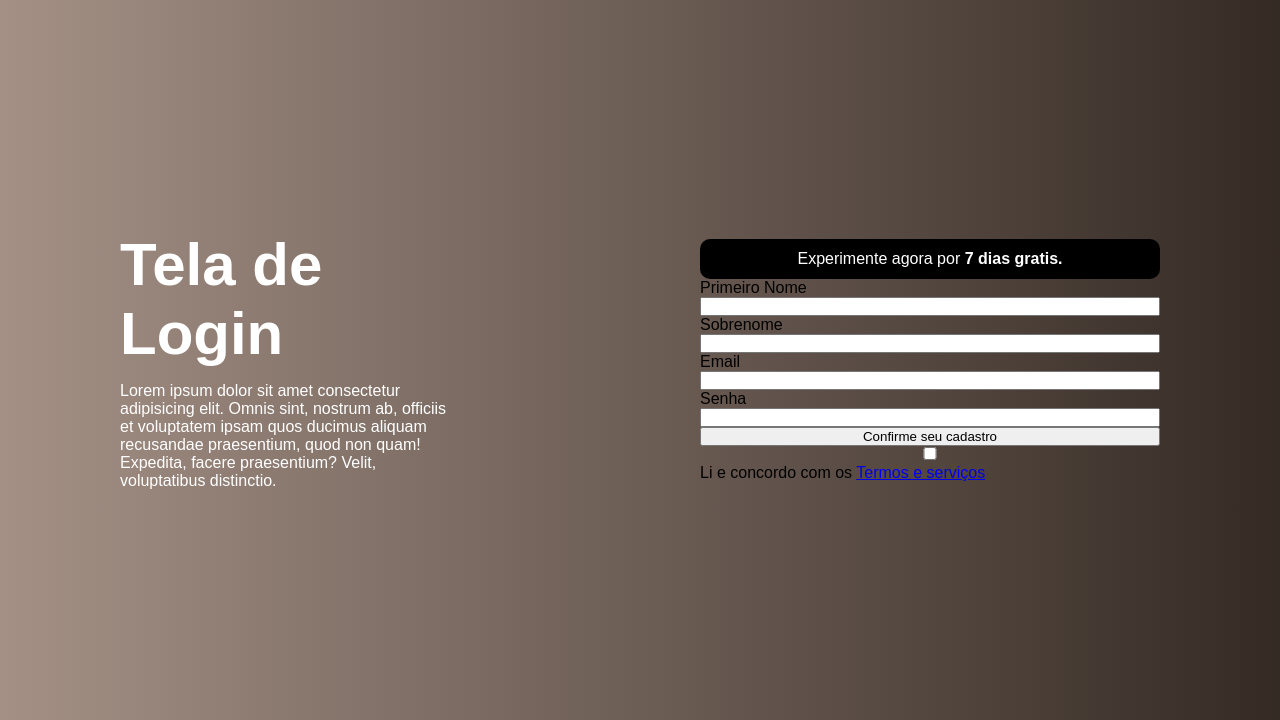
Repository: analessp/tela-login
Page: index.html
These files come from the project's save history. The page is drawn as it stood at one moment and after a run of saves; the edit follows.
The browser window is 1280 px wide. The pictures show the whole page.
Some web fonts or font styles are not loaded; a fallback is used.

Above is the page before, as saved 2025-04-16 09:00:36.

After the next 3 saves:
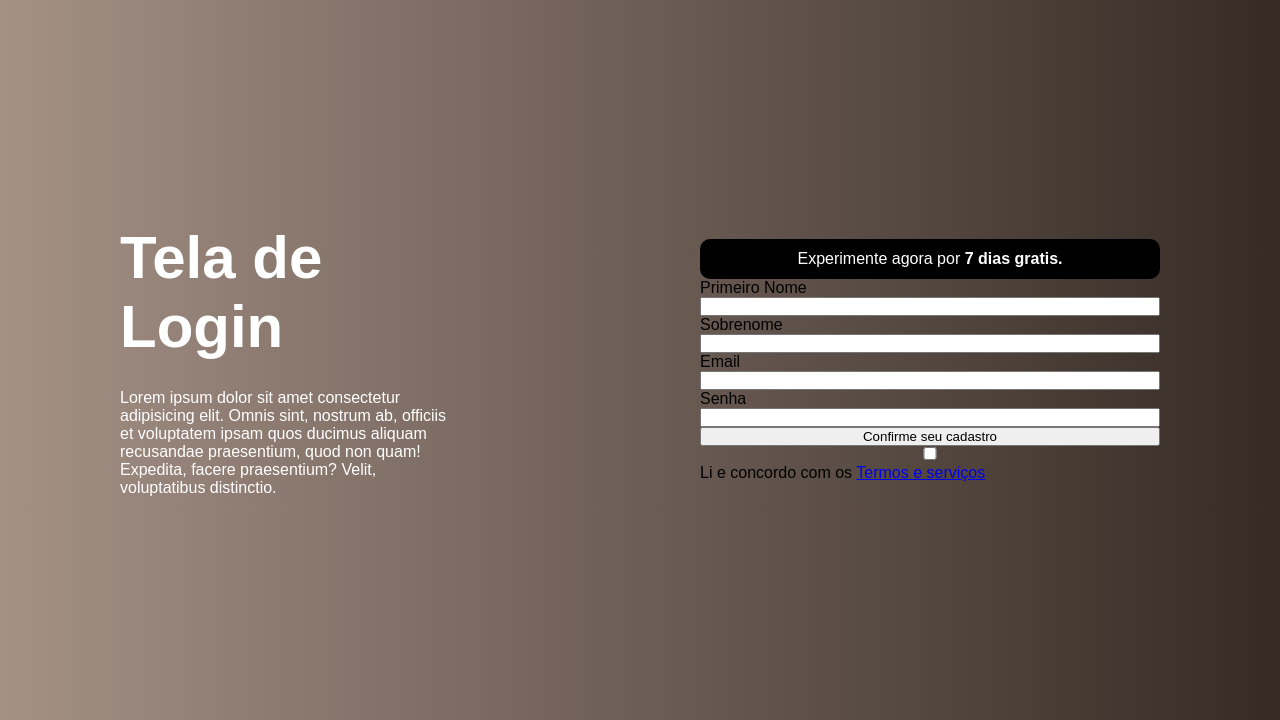
The 3 saves are shown as one change because they came seconds apart.
The last was saved 7 s later.
--- a/style.css
+++ b/style.css
@@ -41,7 +41,14 @@
 .container-left h1 {
     font-size: 60px;
 
-    &::after
+    &::after{
+        content: "";
+        display: block;
+        width: 100%;
+        height: 4px;
+        background-color: #333(109, 109, 235);
+        margin-top: 10px;
+    }
 }
 
 .container-right {

After the 2 saves that followed:
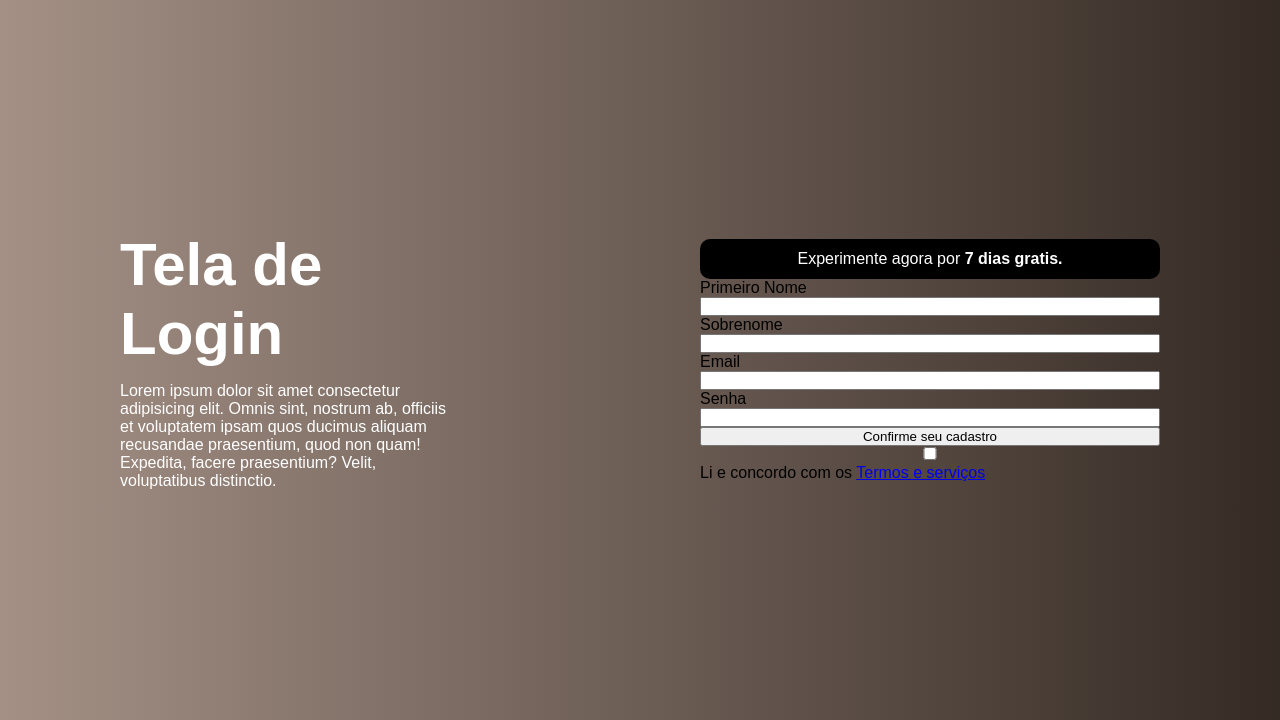
The 2 saves are shown as one change because they came seconds apart.
The last was saved 14 s later.
--- a/style.css
+++ b/style.css
@@ -43,11 +43,7 @@
 
     &::after{
         content: "";
-        display: block;
-        width: 100%;
-        height: 4px;
-        background-color: #333(109, 109, 235);
-        margin-top: 10px;
+        ba
     }
 }
 
